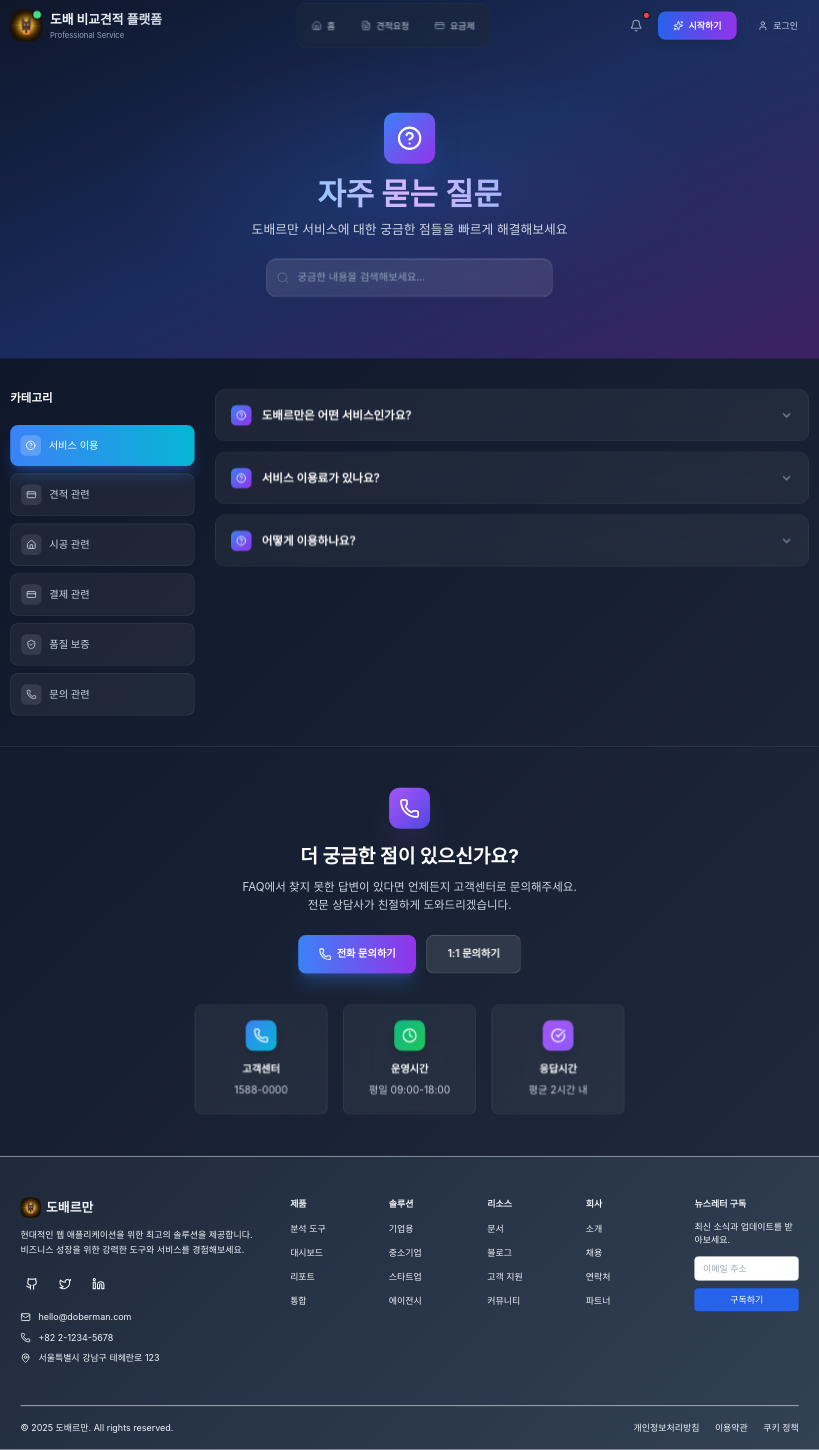
Repository: rambozzang/doberman_nextjs
Page: /faq
An editor plug-in stored every save of this project. The page is shown before and after the next save, followed by the edit.
The browser window is 1280 px wide. The pictures show the whole page, at 64% of full size.
The project was rebuilt for these pictures with package versions that can differ from the ones it lists, and the page was loaded fresh each time. The framework's server and built-in components were replaced by stand-ins that run in the browser. Also part of the build but not shown: next.config.mjs, next.config.ts, src/components/LoginModal.tsx.

Above is the page before, as saved 2025-06-23 00:59:25.

After the next save:
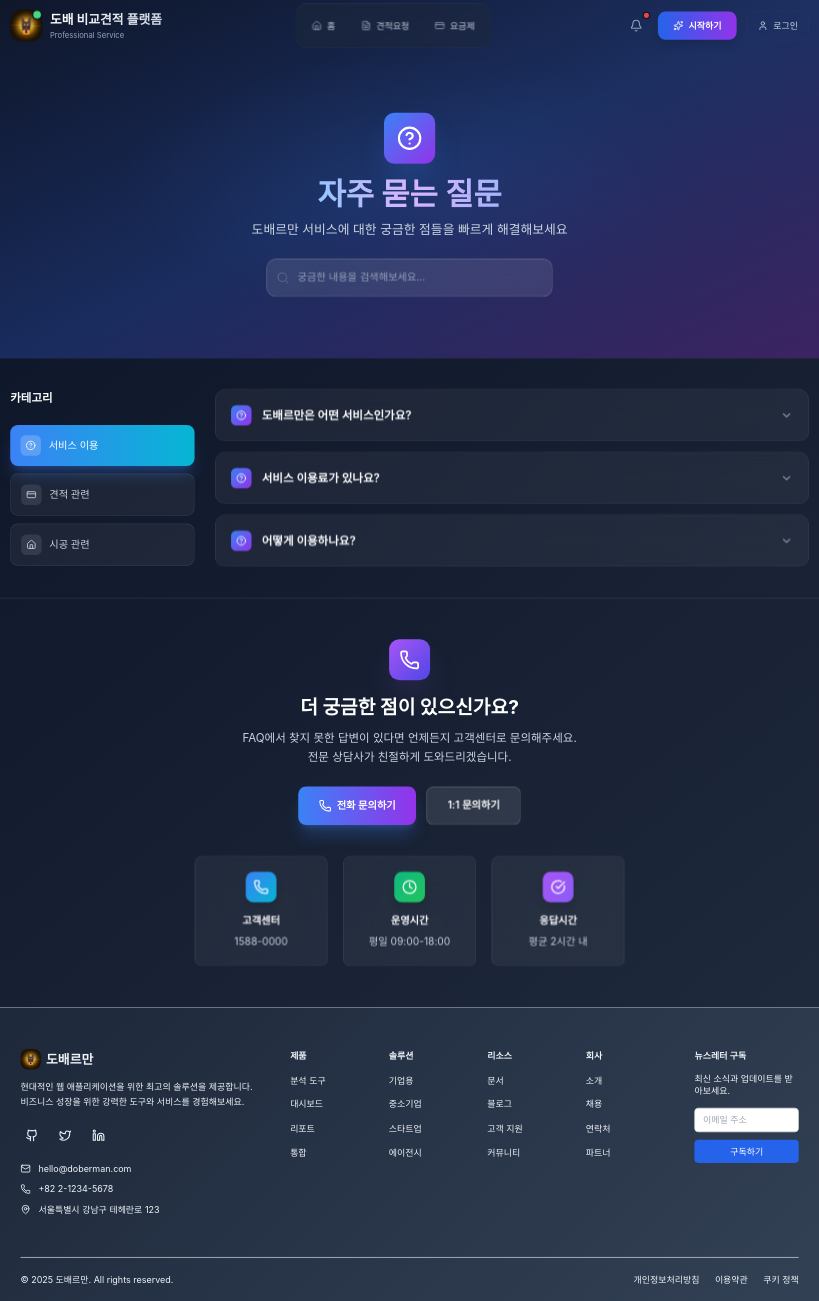
Saved 4 min 20 s later.
--- a/src/app/faq/page.tsx
+++ b/src/app/faq/page.tsx
@@ -2,7 +2,17 @@
 
 import { useState } from "react";
 import { motion, AnimatePresence } from "framer-motion";
-import { ChevronDownIcon, ChevronUpIcon, SearchIcon, HelpCircleIcon, CheckCircleIcon, ClockIcon, CreditCardIcon, ShieldCheckIcon, HomeIcon, PhoneIcon } from "lucide-react";
+import {
+  ChevronDownIcon,
+  SearchIcon,
+  HelpCircleIcon,
+  CheckCircleIcon,
+  ClockIcon,
+  CreditCardIcon,
+  ShieldCheckIcon,
+  HomeIcon,
+  PhoneIcon
+} from "lucide-react";
 
 // FAQ 데이터
 const faqCategories = [
@@ -66,7 +76,7 @@ const faqCategories = [
       {
         id: "construction-1",
         question: "도배 시공 기간은 얼마나 걸리나요?",
-        answer: "아파트 기준으로 거실 1일, 방 1개당 반나절~1일 정도 소요됩니다. 전체 도배의 경우 20평대 아파트는 2-3일, 30평대는 3-4일 정도 예상하시면 됩니다."
+        answer: "아파트 기준으로 거실 1일, 방 1개당 반나일~1일 정도 소요됩니다. 전체 도배의 경우 20평대 아파트는 2-3일, 30평대는 3-4일 정도 예상하시면 됩니다."
       },
       {
         id: "construction-2",
@@ -82,75 +92,6 @@ const faqCategories = [
         id: "construction-4",
         question: "기존 벽지 제거도 해주나요?",
         answer: "네, 대부분의 전문가들이 기존 벽지 제거 서비스를 제공합니다. 견적 요청 시 '기존 벽지 제거' 옵션을 선택하시면 포함된 견적을 받으실 수 있습니다."
-      }
-    ]
-  },
-  {
-    id: "payment",
-    title: "결제 관련",
-    icon: CreditCardIcon,
-    color: "from-amber-500 to-orange-500",
-    questions: [
-      {
-        id: "payment-1",
-        question: "결제는 어떻게 하나요?",
-        answer: "결제는 선택하신 전문가와 직접 진행하시면 됩니다. 현금, 계좌이체, 카드결제 등 전문가별로 가능한 결제방법이 다르니 미리 확인해주세요."
-      },
-      {
-        id: "payment-2",
-        question: "중간 결제나 선불 결제가 필요한가요?",
-        answer: "일반적으로 시공 완료 후 결제하시면 됩니다. 대규모 공사의 경우 중간금이 필요할 수 있으니 전문가와 미리 협의해주세요. 선불 결제는 권하지 않습니다."
-      },
-      {
-        id: "payment-3",
-        question: "현금영수증이나 세금계산서 발행 가능한가요?",
-        answer: "대부분의 전문가들이 현금영수증 및 세금계산서 발행이 가능합니다. 필요하시다면 견적 문의 시 미리 말씀해주세요."
-      }
-    ]
-  },
-  {
-    id: "warranty",
-    title: "품질 보증",
-    icon: ShieldCheckIcon,
-    color: "from-pink-500 to-rose-500",
-    questions: [
-      {
-        id: "warranty-1",
-        question: "시공 후 문제가 생기면 어떻게 하나요?",
-        answer: "시공 후 1년간 품질보증이 적용됩니다. 벽지 들뜸, 기포, 이음매 불량 등의 문제 발생 시 무상 A/S를 받으실 수 있습니다."
-      },
-      {
-        id: "warranty-2",
-        question: "도배르만에서 품질을 보장하나요?",
-        answer: "도배르만은 검증된 전문가만을 등록하며, 지속적인 품질 관리를 통해 서비스 품질을 보장합니다. 또한 고객 리뷰 시스템을 통해 투명한 평가가 이루어집니다."
-      },
-      {
-        id: "warranty-3",
-        question: "전문가들은 어떻게 선별되나요?",
-        answer: "경력 3년 이상, 관련 자격증 보유, 보험 가입 여부, 고객 만족도 등을 종합적으로 심사하여 선별합니다. 또한 정기적인 재심사를 통해 품질을 유지합니다."
-      }
-    ]
-  },
-  {
-    id: "contact",
-    title: "문의 관련",
-    icon: PhoneIcon,
-    color: "from-indigo-500 to-blue-500",
-    questions: [
-      {
-        id: "contact-1",
-        question: "고객센터 운영시간은 언제인가요?",
-        answer: "고객센터는 평일 오전 9시부터 오후 6시까지 운영됩니다. 토요일은 오전 10시부터 오후 3시까지 운영하며, 일요일 및 공휴일은 휴무입니다."
-      },
-      {
-        id: "contact-2",
-        question: "긴급한 문의는 어떻게 하나요?",
-        answer: "시공 중 긴급상황이나 분쟁 발생 시에는 24시간 긴급상담 전화(1588-0000)로 연락주시면 즉시 대응해드립니다."
-      },
-      {
-        id: "contact-3",
-        question: "전문가와 연락이 안 될 때는 어떻게 하나요?",
-        answer: "전문가와 연락이 어려우실 때는 도배르만 고객센터로 연락주세요. 저희가 직접 전문가에게 연락하여 신속하게 해결해드립니다."
       }
     ]
   }
@@ -411,7 +352,7 @@ export default function FAQPage() {
                 전문 상담사가 친절하게 도와드리겠습니다.
               </p>
 
-              <div className="flex flex-col sm:flex-row gap-4 justify-center">
+              <div className="flex flex-col sm:flex-row gap-4 justify-center mb-12">
                 <motion.button
                   whileHover={{ scale: 1.05, y: -2 }}
                   whileTap={{ scale: 0.95 }}
@@ -437,7 +378,7 @@ export default function FAQPage() {
                 initial={{ opacity: 0, y: 20 }}
                 animate={{ opacity: 1, y: 0 }}
                 transition={{ delay: 1.6, duration: 0.6 }}
-                className="mt-12 grid grid-cols-1 md:grid-cols-3 gap-6"
+                className="grid grid-cols-1 md:grid-cols-3 gap-6"
               >
                 {[
                   { icon: PhoneIcon, title: "고객센터", content: "1588-0000", color: "from-blue-500 to-cyan-500" },
